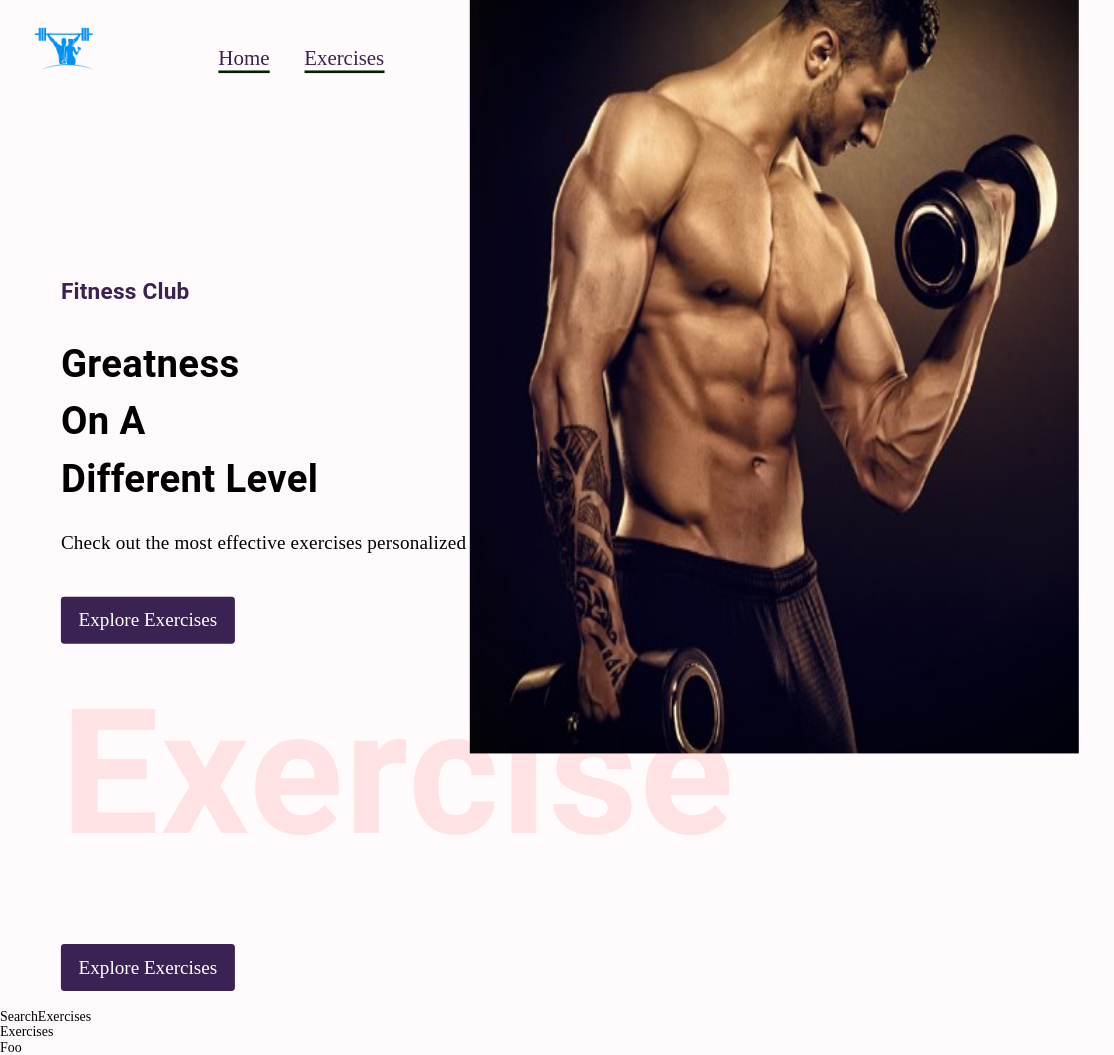
Repository: MhlengiNgubane/Workout-App
Page: /
The author's editor kept a copy of each file at every save. The page is drawn from the files as they stood at one save, then again after the next save.
The browser window is 1280 px wide. The pictures show the whole page, at 87% of full size.
The project was rebuilt for these pictures with package versions that can differ from the ones it lists, and the page was loaded fresh each time. Also part of the build but not shown: src/pages/ExerciseDetail.js.

Above is the page before, as saved 2022-08-01 08:54:57.

After the next save:
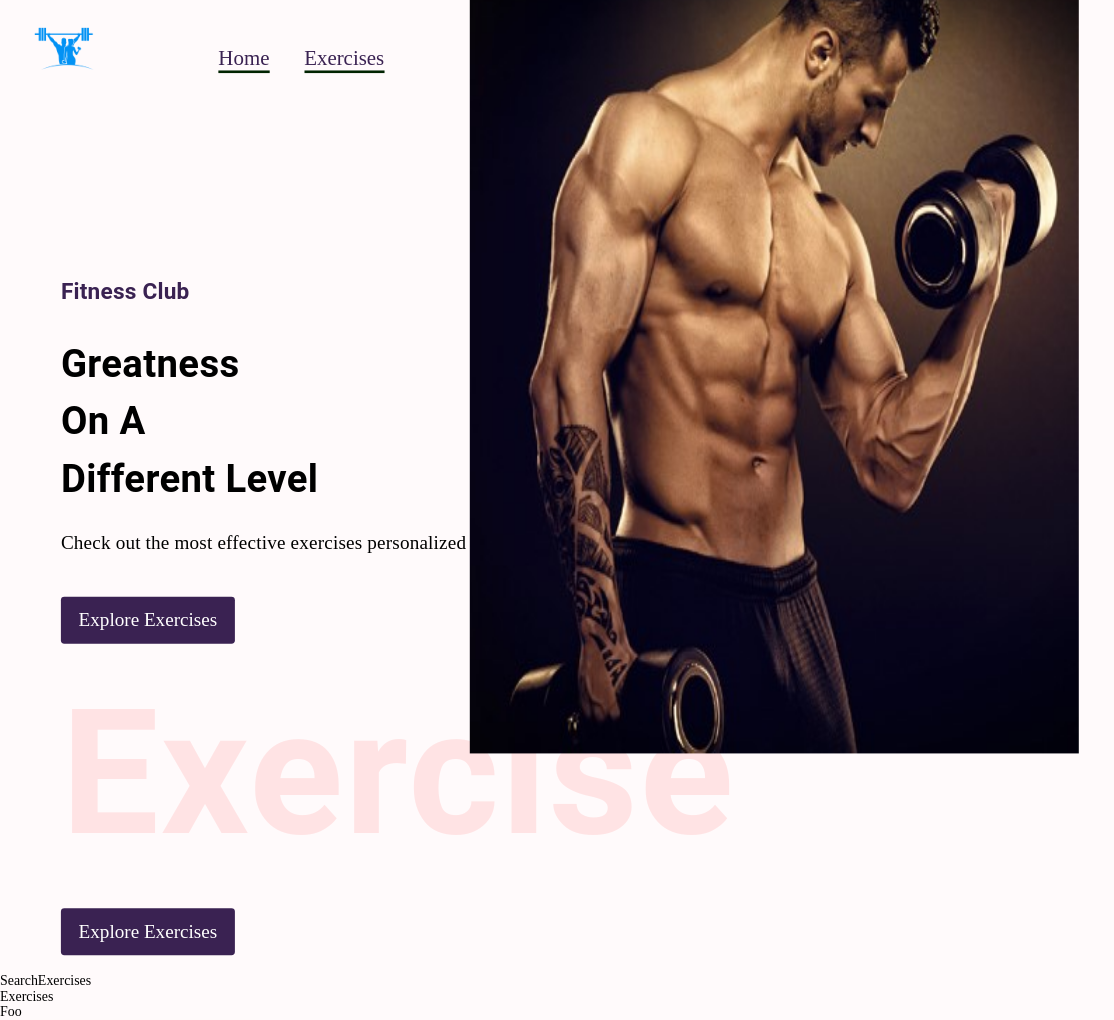
Saved 47 s later.
--- a/src/components/HeroBanner.js
+++ b/src/components/HeroBanner.js
@@ -19,7 +19,7 @@
       Exercise
     </Typography>
     <Stack>
-      <a href="exercises" style={{ marginTop: '45px', textDecoration: 'none', width: '200px', textAlign: 'center', background: '#3A2252', padding: '14px', fontSize: '22px', textTransform: 'none', color: 'white', borderRadius: '4px' }}>Explore Exercises</a>
+      <a href="exercises" style={{ marginTop: '4px', textDecoration: 'none', width: '200px', textAlign: 'center', background: '#3A2252', padding: '14px', fontSize: '22px', textTransform: 'none', color: 'white', borderRadius: '4px' }}>Explore Exercises</a>
     </Stack>
     <img src={HeroBannerImage} alt="hero-banner" className="hero-banner-img" />
   </Box>

After the save that followed:
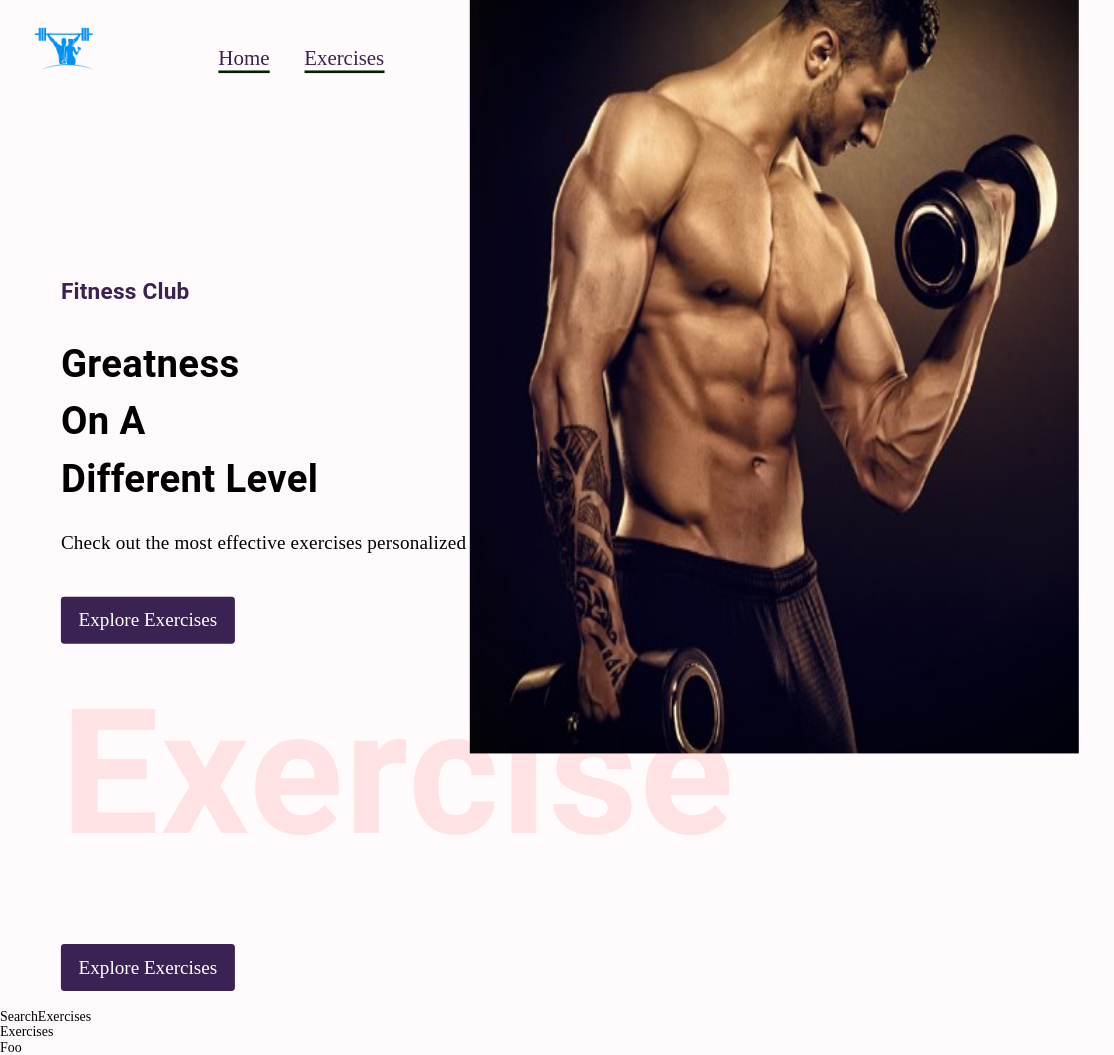
Saved 8 s later.
--- a/src/components/HeroBanner.js
+++ b/src/components/HeroBanner.js
@@ -19,7 +19,7 @@
       Exercise
     </Typography>
     <Stack>
-      <a href="exercises" style={{ marginTop: '4px', textDecoration: 'none', width: '200px', textAlign: 'center', background: '#3A2252', padding: '14px', fontSize: '22px', textTransform: 'none', color: 'white', borderRadius: '4px' }}>Explore Exercises</a>
+      <a href="exercises" style={{ marginTop: '45px', textDecoration: 'none', width: '200px', textAlign: 'center', background: '#3A2252', padding: '14px', fontSize: '22px', textTransform: 'none', color: 'white', borderRadius: '4px' }}>Explore Exercises</a>
     </Stack>
     <img src={HeroBannerImage} alt="hero-banner" className="hero-banner-img" />
   </Box>
